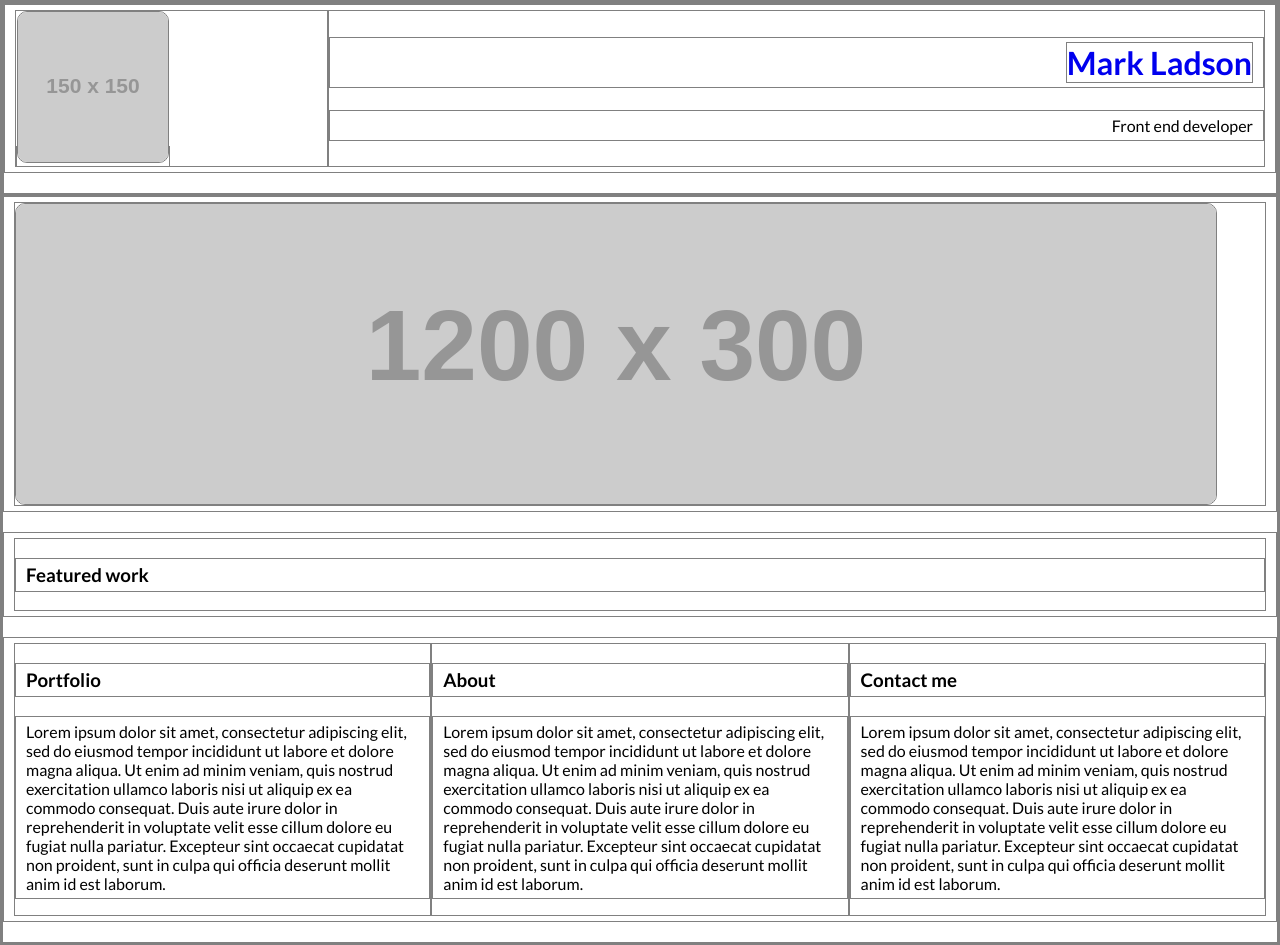
Repository: Markladson/portfolio-project
Page: index.html
The author's editor kept a record of every edit. The page is drawn from the files as they stood at one moment, then again after the next edit.
The browser window is 1280 px wide. The pictures show the whole page.

Above is the page before.

### index.html
<!DOCTYPE HTML PUBLIC "-//W3C//DTD HTML 4.01 Transitional//EN" "http://www.w3.org/TR/html4/loose.dtd">
<html>
<head>
    <link href="css/normalize.css" rel="stylesheet" type="text/css">
    <link href="css/main.css" rel="stylesheet" type="text/css">
    <link href='http://fonts.googleapis.com/css?family=Lato:400,700,900,400italic,700italic,900italic' rel='stylesheet' type='text/css'>
    <link href="css/responsive.css" rel="stylesheet" type="text/css">
    <title>Mark Ladson - Front end developer</title>
</head>
<body>
    <header>
        <div>
            <div class="row">
                <div class="col-3" id="logo">
                    <a href="http://markladson.indibytes.com"><img src="http://placehold.it/150x150"></a>
                </div>
                <div class="col-9" id="headername">
                    <h1><a href="http://markladson.indibytes.com">Mark Ladson</a></h1><p>Front end developer</p>
                </div>
            </div>
        </div>
    </header>

	<div class="grid">
		<div class="row">
            <div class="col-12"><img src="http://placehold.it/1200x300"></div>
		</div>
        <div class="row">
            <div class="col-12"><h3>Featured work</h3></div>
        </div>
		<div class="row">
			<div class="col-4"><h3>Portfolio</h3>
                <p>Lorem ipsum dolor sit amet, consectetur adipiscing elit, sed do eiusmod tempor incididunt ut labore et dolore magna aliqua. Ut enim ad minim veniam, quis nostrud exercitation ullamco laboris nisi ut aliquip ex ea commodo consequat. Duis aute irure dolor in reprehenderit in voluptate velit esse cillum dolore eu fugiat nulla pariatur. Excepteur sint occaecat cupidatat non proident, sunt in culpa qui officia deserunt mollit anim id est laborum.</p>
            </div>
			<div class="col-4"><h3>About</h3>
                <p>Lorem ipsum dolor sit amet, consectetur adipiscing elit, sed do eiusmod tempor incididunt ut labore et dolore magna aliqua. Ut enim ad minim veniam, quis nostrud exercitation ullamco laboris nisi ut aliquip ex ea commodo consequat. Duis aute irure dolor in reprehenderit in voluptate velit esse cillum dolore eu fugiat nulla pariatur. Excepteur sint occaecat cupidatat non proident, sunt in culpa qui officia deserunt mollit anim id est laborum.</p>
            </div>
			<div class="col-4 end"><h3>Contact me</h3>
                <p>Lorem ipsum dolor sit amet, consectetur adipiscing elit, sed do eiusmod tempor incididunt ut labore et dolore magna aliqua. Ut enim ad minim veniam, quis nostrud exercitation ullamco laboris nisi ut aliquip ex ea commodo consequat. Duis aute irure dolor in reprehenderit in voluptate velit esse cillum dolore eu fugiat nulla pariatur. Excepteur sint occaecat cupidatat non proident, sunt in culpa qui officia deserunt mollit anim id est laborum.</p>
            </div>
		</div>
    </div>
</body>
</html>

### css/main.css
/*
    Document   : framework/css/main．css
    Created on : 2014-10-11 10:19 AM
    Author     : markladson
    Description:
    Purpose of the stylesheet follows.
    To change this template use Tools | Templates.
*/

root {
    display: block;
}


/***** GENERAL STYLING *****/

a {
    text-decoration: none;
}

.hover {
    color: darkgrey;
}

.visited {
    text-decoration: none;
}

img {
    max-width: 100%;
    border: 1px solid grey;
    border-radius: 10px;
}


* {
    font-family: 'Lato', sans-serif;
}


h1, h2, h3 {
    padding: 5px 10px 5px 10px;
}


p {
    padding: 5px 10px 5px 10px;
}

/***** CLASS AND ID CHANGES *****/

.row {
    padding: 5px 10px 5px 10px;
}

#headername {
    padding: 5px 0px 5px 0px;
    text-align: right;
}



/***** GRID LAYOUT *****/

* {
	border: 1px solid grey !important;
}
* {
	-webkit-box-sizing: border-box;
	-moz-box-sizing: border-box;
	-ms-box-sizing: border-box;
	box-sizing: border-box;
}
.grid {
	margin: 0 auto;
	max-width: 1200px;
	max-width: 100%;
}
.row {
	width: 100%;
	margin-bottom:20px;
	display: flex;
    flex-wrap: wrap;
    padding 5px;
}
.col-1 {
	width: 8.33%;
}
.col-2 {
	width:16.66%
}
.col-3 {
	width:25%
}
.col-4 {
	width:33.33%
}
.col-5 {
	width:41.66%
}
.col-6 {
	width:50%
}
.col-7 {
	width:58.33%
}
.col-8 {
	width:66.66%
}
.col-9 {
	width:75%
}
.col-10 {
	width:83.33%
}
.col-11 {
	width:91.66%
}
.col-12 {
	width:100%
}

### css/responsive.css
/*
    Document   : css/responsive．css
    Created on : 2014-10-11 11:16 AM
    Author     : markladson
    Description:
    Purpose of the stylesheet follows.
    To change this template use Tools | Templates.
*/


/* Media queries */

@media only screen and (max-width: 600px) {
    p {
        background-color: blue;
    }

    .row {
        flex-direction: column;
        width: 100%;
        flex-wrap: wrap;
        display: block;
    }
}

/* test media */

Loaded but not shown: css/normalize.css (library)

After the next edit:
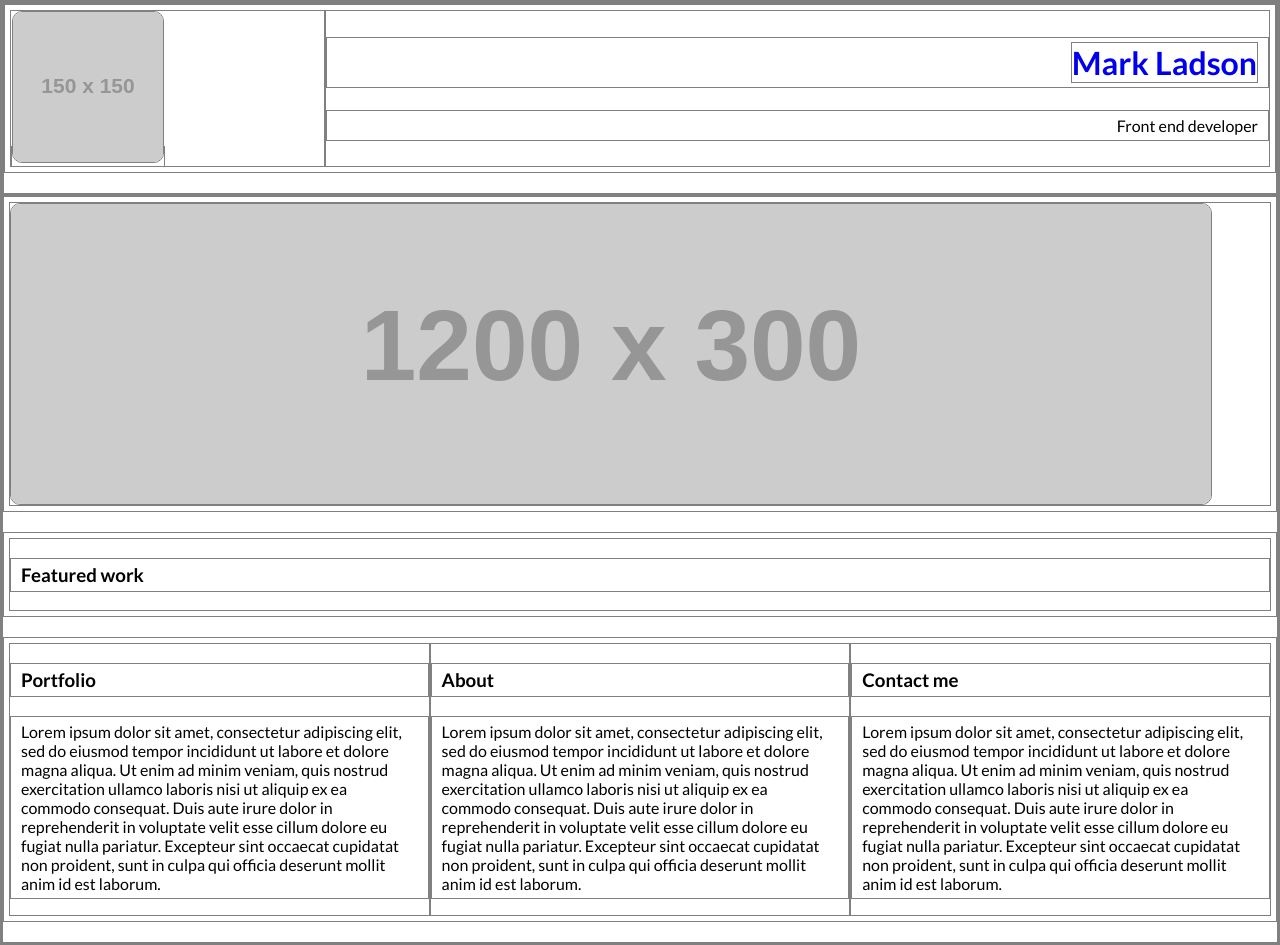
The edit:
--- a/css/main.css
+++ b/css/main.css
@@ -81,7 +81,7 @@
 	margin-bottom:20px;
 	display: flex;
     flex-wrap: wrap;
-    padding 5px;
+    padding: 5px;
 }
 .col-1 {
 	width: 8.33%;
